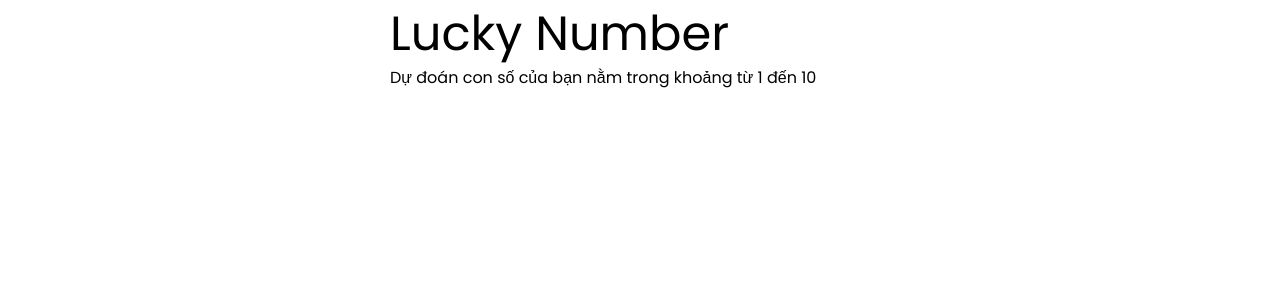
Repository: whis16720/PhuNguyen-C4EJS-D15
Page: index.html
The author's editor kept a copy of each file at every save. The page is drawn from the files as they stood at one save, then again after a run of saves.
The browser window is 1280 px wide. The pictures show the whole page.
The style sheet was rebuilt from its Sass, Less or Tailwind sources for each picture, by a compiler version that may differ from the author's.

Above is the page before, as saved 2020-09-22 19:27:57.

After the next 2 saves:
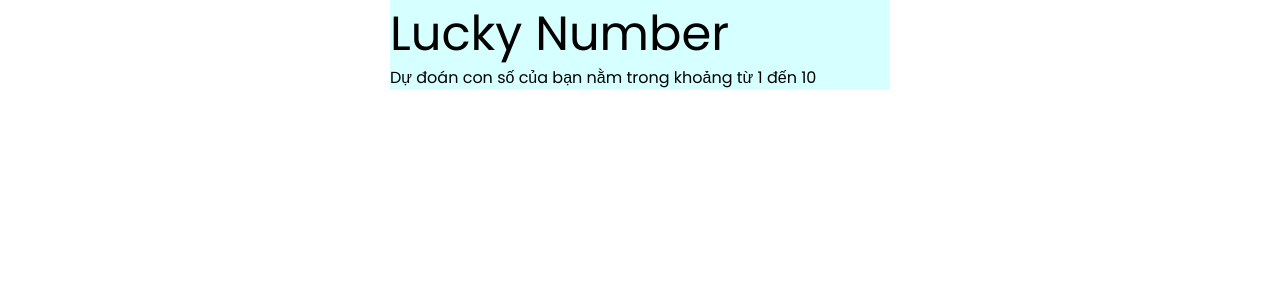
The 2 saves are shown as one change because they came seconds apart.
The last was saved 32 s later.
--- a/style.scss
+++ b/style.scss
@@ -6,6 +6,7 @@
 	line-height: 1.4;
 	width: 500px;
 	margin: auto;
+	background-color: #d6ffff;
 	&__name {
 		font-size: 3rem;
 	}
